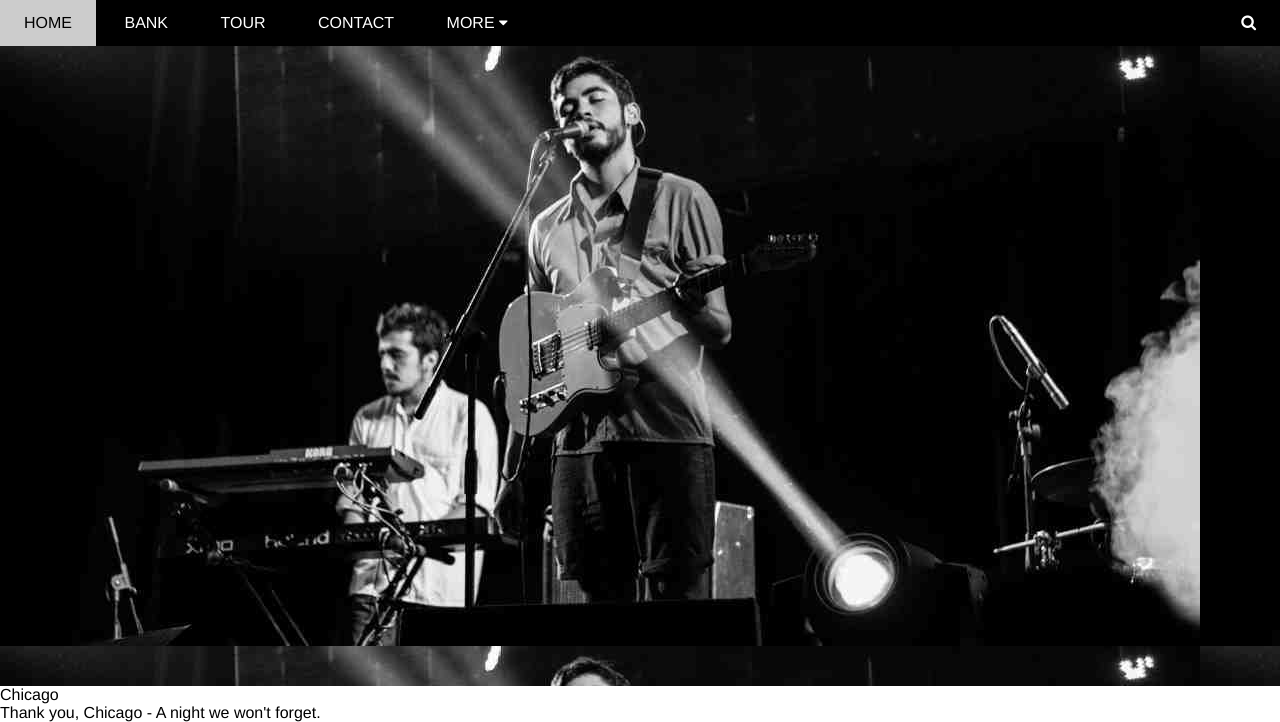
Repository: vuongtm1999/TheBand_W3School
Page: index.html
These files come from the project's save history. The page is drawn as it stood at one moment and after the next save; the edit follows.
The browser window is 1280 px wide. The pictures show the whole page.

Above is the page before, as saved 2022-08-25 09:40:15.

After the next save:
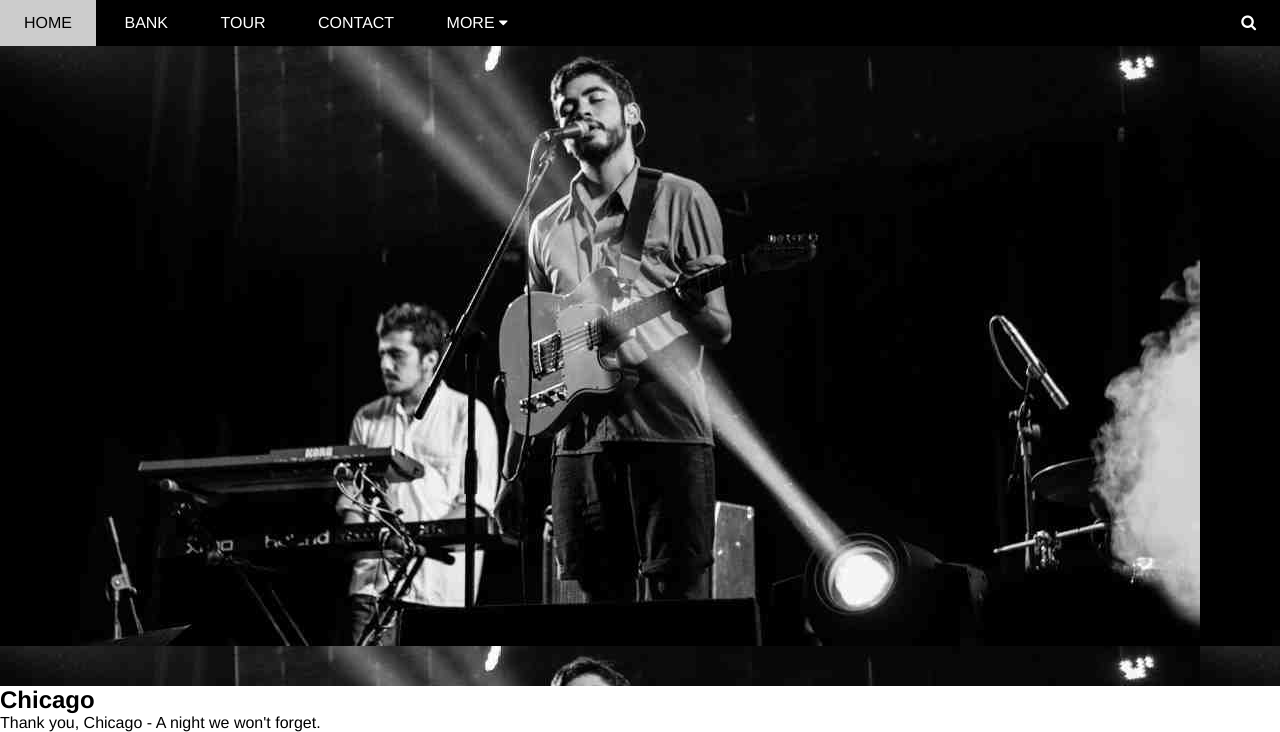
Saved 26 s later.
--- a/index.html
+++ b/index.html
@@ -38,9 +38,9 @@
         <div id="slider">
             <div class="text-content">
                 <div class="container">
-                    <div class=text-heading>
+                    <h2 class=text-heading>
                         Chicago
-                    </div>
+                    </h2>
                     <div class="text-description">
                         Thank you, Chicago - A night we won't forget.
                     </div>
